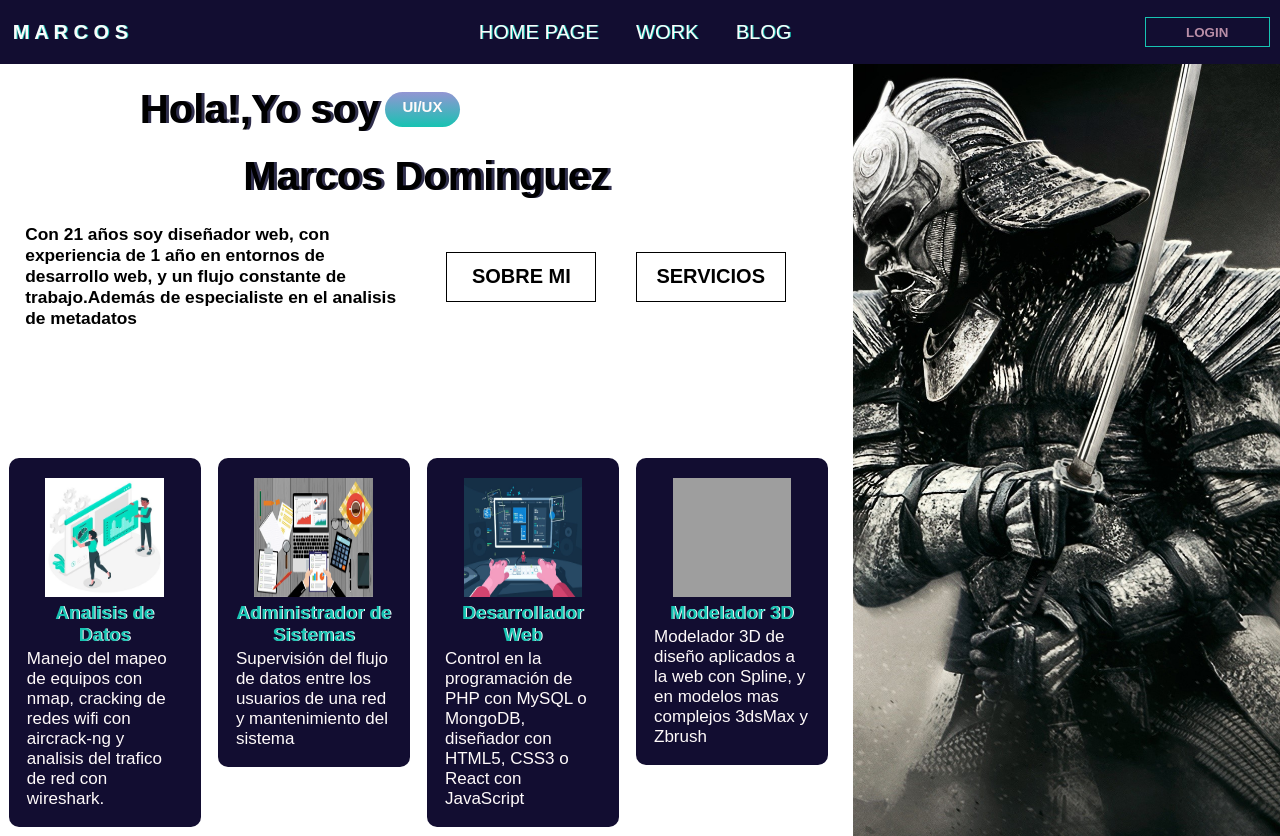
Repository: Sxcram02/Portfolio2
Page: http://localhost/
The author's editor kept a copy of each file at every save. The page is drawn from the files as they stood at one save, then again after a run of saves.
The browser window is 1280 px wide. The pictures show the whole page.
Pictures or frames that could not be fetched are drawn as grey boxes. Some web fonts or font styles are not loaded; a fallback is used. The page is run by PHP 8.4 with error messages shown; the project is at /var/www/html/.

Above is the page before, as saved 2023-05-14 17:41:36.

### index.php
<?php
include("./public/objects/clases.inc.php");

session_start();

if ($_SERVER['REQUEST_METHOD'] == 'POST' and isset($_POST['LOGIN'])) {
    $logIn = $_POST['LOGIN'];
    if (isset($logIn)) {
        $_SESSION['user'] = $sesion;
        header("Location: ./public/src/login.php");
        exit();
    }
}


?>
<!DOCTYPE html>
<html lang="es">

<head>
    <meta charset="UTF-8">
    <meta http-equiv="X-UA-Compatible" content="IE=edge" />
    <meta name="viewport" content="width=device-width, initial-scale=1.0" />
    <link rel="shortcut icon" href="media/logo2.png" type="image/x-icon" />
    <link rel="stylesheet" href="styles/index.css" type="text/css" />
    <link rel="stylesheet" href="https://unpkg.com/boxicons@latest/css/boxicons.min.css">
    <title>Home Page</title>
</head>

<body>
    <div id="root">
        <header class="box-nav-bar">
            <a href="/index.php"><h3 class="nav-title">M a r c o s</h3></a>
            <nav class="nav-bar">
                <ul>
                    <a href="index.php"><li>Home Page</li></a>
                    <a href="/public/src/assets/work.php"><li>Work</li></a>
                    <a href="/public/src/assets/blog.php"><li>Blog</li></a>
                </ul>
            </nav>
            <form action="#" method="POST">
                <input type="submit" name="LOGIN" id="LOGIN" value="login" />
            </form>
        </header>
        <main class="container">
        <script src="/public/funciones/funciones.inc.js"></script>
            <section id="home_page">
                <article class="box-name">
                    <h1 class="title">Hola!,Yo soy</h1>
                    <label id="box-ui-ux">UI/UX</label>
                </article>
                <h2 class="title">Marcos Dominguez</h2>
                <article class="box-presentation">
                    <p>Con 21 años soy diseñador web, con experiencia de 1 año en entornos de desarrollo web, y un flujo constante de trabajo.Además de especialiste en el analisis de metadatos</p>
                    <div class="box-inputs">
                        <button onclick="mostrarApartado('box-services','box-aboutMe')">Sobre Mi</button>
                        <button onclick="mostrarApartado('box-aboutMe','box-services')">Servicios</button>
                        <a href="./public/src/feed.xml" target="_blank" rel="noopener noreferrer"></a>
                    </div>
                </article>
            </section>
            <section id="box-services">
                <div id="services">
                    <article id="analisisDatos">
                        <img src="./media/Ilustración del concepto de análisis de configuración Vector Gratis.jpeg" alt="analisisDatos" />
                        <h3>Analisis de Datos</h3>
                        <p>Manejo del mapeo de equipos con nmap, cracking de redes wifi con aircrack-ng y analisis del trafico de red con wireshark.</p>
                    </article>
                    <article>
                        <img src="./media/Estudio socioeconómico para qué sirve, partes y ejemplo.png" alt="" />
                        <h3>Administrador de Sistemas</h3>
                        <p>Supervisión del flujo de datos entre los usuarios de una red y mantenimiento del sistema</p>
                    </article>
                    <article>
                        <img src="./media/Tips To Help Designers Work Better With Coders - Web Design Ledger.jpeg" alt="" />
                        <h3>Desarrollador Web</h3>
                        <p>Control en la programación de PHP con MySQL o MongoDB, diseñador con HTML5, CSS3 o React con JavaScript</p>
                    </article>
                    <article>
                        <img src="./media/superkid-robot-copy.gif" alt="superRobot" id="robot3D" />
                        <h3>Modelador 3D</h3>
                        <p>Modelador 3D de diseño aplicados a la web con Spline, y en modelos mas complejos 3dsMax y Zbrush</p>
                    </article>
                </div>
            </section>
            <section id="box-aboutMe">
                <div id="aboutMe">
                    <h1>Cronología</h1>
                    <hr class="hr" />
                    <article class="box-signatures">
                        <div class="signature1">
                            <i class='bx bx-radio-circle-marked' style='color:#17c3b2'></i>
                            <h3>Titulación ESO y BACHILLER</h3>
                            <img src="./media/chesterton.jpeg" alt="colegio1">
                            <img src="./media/agustinos.jpeg" alt="colegio2">
                            <p>2013-2020</p>
                        </div>
                        <div class="signature2">
                            <i class='bx bx-radio-circle-marked' style='color:#17c3b2'></i>
                            <h3>2º Años en Grado de Derecho</h3>
                            <img src="./media/unir.jpg" alt="universidad">
                            <p>2021-2022</p>
                        </div>
                        <div class="signature3">
                            <i class='bx bx-radio-circle-marked' style='color:#17c3b2'></i>
                            <h3>Grado Superior DAW</h3>
                            <img src="./media/cifp.png" alt="centroFormativo">
                            <p>2022-2024</p>
                        </div>
                        <div class="signature4">
                            <i class='bx bx-radio-circle-marked' style='color:#17c3b2'></i>
                            <h3>Curso de Git</h3>
                            <img src="./media/angulo.jpg" alt="CentroPrivado">
                            <p>2023-2023</p>
                        </div>
                        <div class="signature5">
                            <i class='bx bx-radio-circle-marked' style='color:#17c3b2'></i>
                            <h3>Curso de Animacion 3D</h3>
                            <img src="./media/comercio.png" alt="EntidadPublica">
                            <p>2023-2023</p>
                        </div>
                    </article>
                </div>
            </section>
            <section id="my_photo"></section>
        </main>
    </div>

</body>

</html>

### public/objects/clases.inc.php

    <?php
    class SesionUser {
        private string $sesion;
        public function __construct($sesion){
            $this -> sesion = $sesion;
        }
    }

    /**
     * Database
     */
    class Database {
        private string $localhost, $serverUser, $userPass,$database;
        private object $newObjMysql;

        /**
         * __construct
         *
         * @param  string $localhost
         * @param  string $serverUser
         * @param  string $userPass
         * @param  string $database
         * @return void
         */
        public function __construct($localhost, $serverUser, $userPass,$database){
            $this -> localhost = $localhost;
            $this -> serverUser = $serverUser;
            $this -> userPass = $userPass;
            $this -> database = $database;
            $newObjMysql = new mysqli("$localhost","$serverUser","$userPass","$database");
            $this -> newObjMysql = $newObjMysql;
        }

        /**
         * getUser
         *
         * @param  string $client
         * @param  string $pass
         * @return bool
         */

        public function getUser($client,$pass):bool{
            $mySqlConnection = $this -> newObjMysql;
            $userQuery = "SELECT usr.clientName, usr.contrasenia FROM users usr WHERE usr.clientName='$client' AND usr.contrasenia = '$pass';";
            $result = $mySqlConnection -> query($userQuery);
            if($result){
                return true;
            }else {
                return false;
            }
        }


        /**
         * setPost
         *
         * @param  array $postDataArray
         * @return void
         */
        public function setPost(array $postDataArray){
            if(isset($postDataArray)){
                $codBlog = rand(1,1000);
                $columnArray = "'".implode("','",$postDataArray)."'";
                $mysqlConnect = $this -> newObjMysql;
                $insertBlog = "INSERT INTO blog (codBlog,titulo,imagen,subtitulo,descripcion,user) VALUES ($codBlog,$columnArray)";
                $mysqlConnect -> query($insertBlog);
                (mysqli_affected_rows($mysqlConnect))?true:false;
            }else {
                echo "Introduce los valores adecuados";
            }
        }

        /**
         * getPost
         *
         * @param  string $user
         * @return void
         */
        public function getPost()
        {
                $mySqlConnection = $this -> newObjMysql;
                $getQuery = "SELECT blg.imagen as imagen, blg.titulo as titulo, blg.descripcion as descripcion, blg.subtitulo as subtitulo, blg.user as user FROM blog blg JOIN users usr ON blg.user = usr.clientName WHERE usr.clientName = 'marcos';";

                $result = $mySqlConnection -> query($getQuery);
                foreach($result as $dataPost){
                    echo "<article>";
                        echo "<img src='{$dataPost['imagen']}' alt='post1' />";
                        echo "<h1>{$dataPost['titulo']}</h1>";
                        echo "<h3>{$dataPost['subtitulo']}</h3>";
                        echo "<p>{$dataPost['user']}</p>";
                        echo "<p>{$dataPost['descripcion']}</p>";
                    echo "</article>";
                }
        }
}
    $sesion = new SesionUser("user");
    $databaseConnect= new Database("localhost","root","mdv21.389863","blog");
?>

Loaded but not shown: public/funciones/funciones.inc.js (7 lines, source omitted); styles/index.css (927 lines, source omitted)

After the next 2 saves:
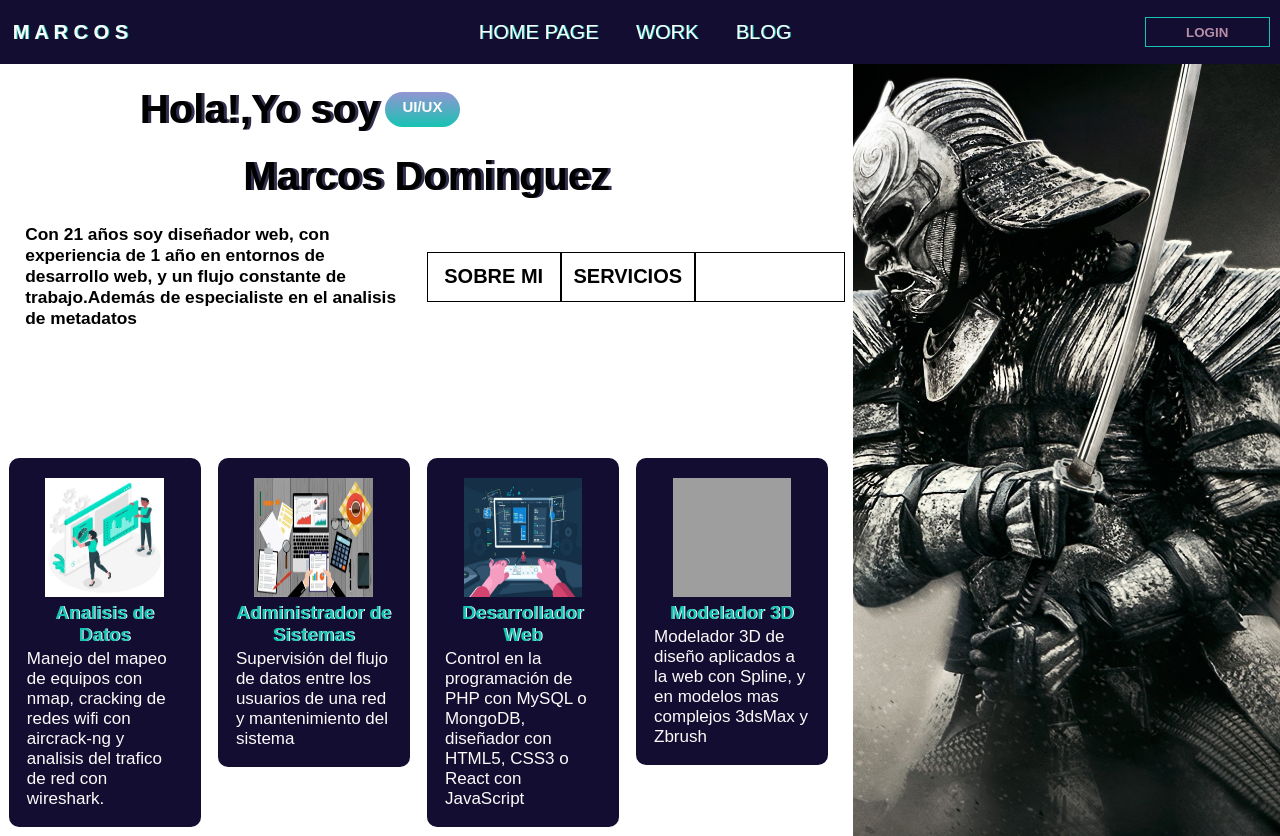
The 2 saves are shown as one change because they came seconds apart.
The last was saved 25 s later.
--- a/index.php
+++ b/index.php
@@ -55,7 +55,7 @@ if ($_SERVER['REQUEST_METHOD'] == 'POST' and isset($_POST['LOGIN'])) {
                     <div class="box-inputs">
                         <button onclick="mostrarApartado('box-services','box-aboutMe')">Sobre Mi</button>
                         <button onclick="mostrarApartado('box-aboutMe','box-services')">Servicios</button>
-                        <a href="./public/src/feed.xml" target="_blank" rel="noopener noreferrer"></a>
+                        <a href="./public/src/feed.xml" target="_blank" rel="noopener noreferrer"><button></button></a>
                     </div>
                 </article>
             </section>
